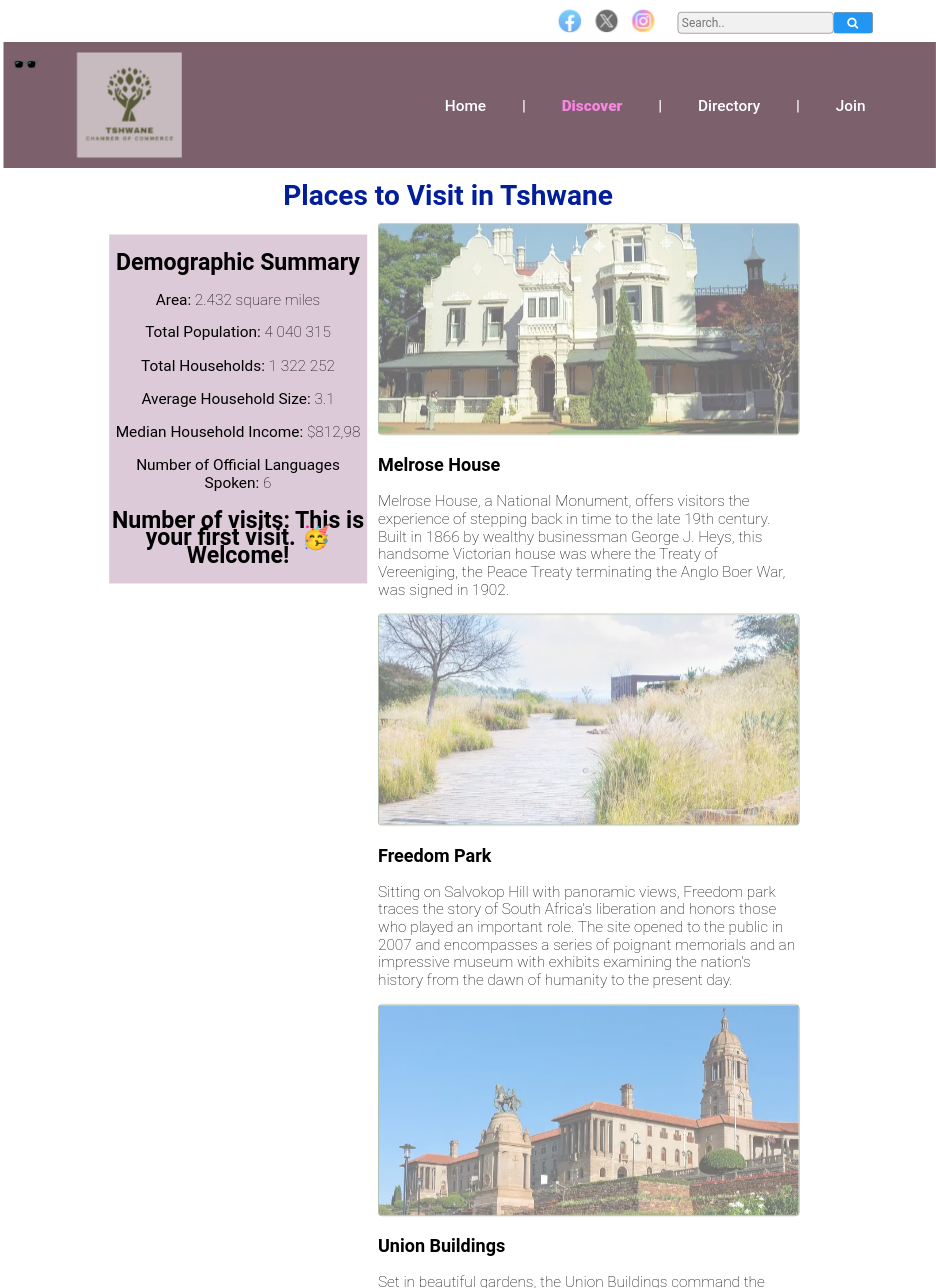
Repository: mszakutumela/wdd230
Page: chamber/discover.html
The author's editor kept a copy of each file at every save. The page is drawn from the files as they stood at one save, then again after a run of saves.
The browser window is 1280 px wide. The page is 1337 px wide, so the pictures cover 1337 px, including what lies to the right of the window. The pictures show the part of the page from y = 0 to 1840 px (the page is 4175 px tall), at 70% of full size.
Some web fonts or font styles are not loaded; a fallback is used.

Above is the page before, as saved 2024-02-23 01:29:27.

### chamber/discover.html
<!DOCTYPE html>
<html lang="en">

<head>
    <meta charset="UTF-8">
    <meta http-equiv="X-UA-Compatible" content="IE=edge">
    <meta name="viewport" content="width=device-width, initial-scale=1.0">
    <title>Tshwane Chamber of Commerce Website - Discover Page</title>
    <meta name="description" content="Chamber of Commerce Website, Discover Page. WDD230 Project">
    <meta name="author" content="Ayanda Ndlovu">
    <meta property="og:title" content="Ayanda Ndlovu - Tshwane Chamber of Commerce">
    <meta property="og:type" content="website">
    <meta property="og:image" content="https://upload.wikimedia.org/wikipedia/commons/6/6b/Uniegebou.jpg">
    <meta property="og:url" content="https://mszakutumela.github.io/wdd230/chamber">
    <link rel="preconnect" href="https://fonts.googleapis.com">
    <link rel="preconnect" href="https://fonts.gstatic.com" crossorigin>
    <link
        href="https://fonts.googleapis.com/css2?family=Roboto+Serif:ital,opsz,wght@0,8..144,300;0,8..144,400;0,8..144,500;0,8..144,700;1,8..144,300;1,8..144,400;1,8..144,500;1,8..144,700&display=swap"
        rel="stylesheet">
    <link rel="stylesheet" href="styles/normalize.css">
    <link rel="stylesheet" href="styles/base.css">
    <link rel="stylesheet" href="styles/larger.css">
    <link rel="stylesheet" href="https://cdnjs.cloudflare.com/ajax/libs/font-awesome/4.7.0/css/font-awesome.min.css">
    <link rel="icon" href="favicon.ico">
</head>

<body>
    <header>
        <div class="socialHeader">
            <a href="https://facebook.com" target="_blank">
                <img src="images/FB_icon.webp" alt="fb icon">
            </a>
            <a href="https://twitter.com" target="_blank">
                <img src="images/twitter_icon.webp" alt="twitter icon">
            </a>
            <a href="https://instagram.com" target="_blank">
                <img src="images/Instagram_icon.webp" alt="instagram icon">
            </a>
        </div>
        <div class="container-a">
            <form class="searchBar" action="/action_page.php">
                <input type="text" placeholder="Search.." name="search">
                <button type="submit">
                    <i class="fa fa-search"></i>
                </button>
            </form>
        </div>
        <div id="darkButton">
            🕶️
        </div>
    </header>

    <nav>
        <div id="titleHeader">
            <img id="logoHeader" src="images/Logo(1).webp" alt="Logo of Tshwane Chamber of Commerce Website">
        </div>
        <button id="menuButton"></button>
        <ul class="menuLinks">
            <li><a id="mLinks1" href="index.html" title="Home">Home</a></li>
            <li><a id="line1" title="verticalLine">|</a></li>
            <li class="current-menu-item"><a id="mLinks2" class="active" href="discover.html"
                    title="Discover">Discover</a></li>
            <li><a id="line2" title="verticalLine">|</a></li>
            <li><a id="mLinks3" href="directory.html" title="Directory">Directory</a></li>
            <li><a id="line3" title="verticalLine">|</a></li>
            <li><a id="mLinks4" href="join.html" title="Join">Join</a></li>
        </ul>
    </nav>

    <main>
        <div class="discover">
            <h1>Places to Visit in Tshwane</h1>

            <section class="demographics">
                <h2>Demographic Summary</h2>
                <p><strong>Area:</strong> 2.432 square miles</p>
                <p><strong>Total Population:</strong> 4 040 315</p>
                <p><strong>Total Households:</strong> 1 322 252</p>
                <p><strong>Average Household Size:</strong> 3.1</p>
                <p><strong>Median Household Income:</strong> $812,98</p>
                <p><strong>Number of Official Languages Spoken:</strong> 6</p>
                <h2>Number of visits: <span class="visits"></span></h2>
            </section>
            <hr>
            <section class="discoverIMG">
                <picture>
                    <img src="images/south-africa-pretoria-melrose-house.webp" alt="Melrose House in Tshwane"
                        loading="lazy" width="500" height="auto">
                </picture>
                <h3>Melrose House</h3>
                <p>
                    Melrose House, a National Monument, offers visitors the experience of stepping back in time to the
                    late 19th century.
                    Built in 1866 by wealthy businessman George J. Heys, this handsome Victorian house was where the
                    Treaty of Vereeniging,
                    the Peace Treaty terminating the Anglo Boer War, was signed in 1902.
                </p>
                <picture>
                    <img src="images/south-africa-pretoria-top-attractions-freedom-park.webp"
                        alt="Freedom Park in Tshwane" loading="lazy" width="500" height="auto">
                </picture>
                <h3>Freedom Park</h3>
                <p>
                    Sitting on Salvokop Hill with panoramic views, Freedom park traces the story of South Africa's
                    liberation and honors those who played an important role.
                    The site opened to the public in 2007 and encompasses a series of poignant memorials and an
                    impressive museum with exhibits examining the nation's history
                    from the dawn of humanity to the present day.
                </p>
                <picture>
                    <img src="images/south-africa-pretoria-union-buildings.webp" alt="Union Buildings in Tshwane"
                        loading="lazy" width="500" height="auto">
                </picture>
                <h3>Union Buildings</h3>
                <p>
                    Set in beautiful gardens, the Union Buildings command the highest point of the city on Meintjieskop
                    Hill near historic Church Square, site
                    of the city's first settlement. Designed by Sir Herbert Baker in 1913, this impressive range of
                    sandstone buildings mixes Italian Renaissance,
                    English Renaissance, and Cape Dutch styles. It's the seat of government and also houses the offices
                    of the president and the state archives.
                </p>
                <picture>
                    <img src="images/south-africa-pretoria-voortrekker-monument.webp"
                        alt="Voortrekker Monument in Tshwane" loading="lazy" width="500" height="auto">
                </picture>
                <h3>Voortrekker Monument</h3>
                <p>
                    High on a hilltop south of the city center, the Voortrekker Monument is a South African National
                    Heritage site and one of the country's most visited
                    historic monuments. It was built in 1949 to commemorate the Voortrekkers, the Boers who pushed
                    northward into unknown territory in the mid 19th-century.
                    This 40-meter-high square granite structure is a prominent landmark in the city with steps leading
                    up to the Hall of Heroes, where 27 marble reliefs depict
                    the Great Trek of 1838. Surrounding the monument is a wall depicting ox-wagons representing the trek
                    wagons. On 16 December each year, a shaft of sunlight
                    shines through an opening in the dome and illuminates a cenotaph below, which reads. "Ons vir jou,
                    Suid-Afrika" ("We are for you, South Africa").
                </p>
                <picture>
                    <img src="images/south-africa-pretoria-zoo.webp" alt="Zoo in Tshwane" loading="lazy" width="500"
                        height="auto">
                </picture>
                <h3>Tshwane Zoo</h3>
                <p>
                    Spanning 85 hectares, the National Zoological Gardens of South Africa provides a full day of animal
                    fun for the family. This large zoo encompasses a
                    walk-through aviary, a reptile house with a collection of animals from all over the world, as well
                    as the country's only inland aquarium where visitors
                    can see many species of fish including ragged tooth sharks. Among the large mammal collection,
                    highlights include the lion and tiger exhibit, hippos,
                    and elephants. To tour the zoo, visitors can rent golf carts by the hour, ride the cableway for a
                    bird's-eye view, or stroll along the paths for a close-up
                    look at the animals; wear comfortable shoes as the grounds are expansive. Night visits and overnight
                    camping adventures are also available.
                </p>
                <picture>
                    <img src="images/ditsong-museum-south-africa-pretoria.webp" alt="Ditsong Museum in Tshwane"
                        loading="lazy" width="500" height="auto">
                </picture>
                <h3>Ditsong Museum</h3>
                <p>
                    Ditsong Museums of South Africa is a group of eight national museums with significant cultural
                    collections. The Ditsong National Museum of Natural History,
                    formerly known as the Transvaal Museum, has an extraordinary collection of mammals, amphibians,
                    fossils, geological specimens, and archaeological material.
                </p>
            </section>

        </div>
    </main>

    <footer>
        <div class="socialFooter">
            <a href="https://facebook.com" target="_blank">
                <img src="images/FB_icon.webp" alt="fb icon">
            </a>
            <a href="https://twitter.com" target="_blank">
                <img src="images/twitter_icon.webp" alt="twitter icon">
            </a>
            <a href="https://instagram.com" target="_blank">
                <img src="images/Instagram_icon.webp" alt="instagram icon">
            </a>
        </div>
        <div class="footer-info">
            <p>
                &copy; <span id="year"></span> | Tshwane Chamber of Commerce | WDD230 Project | Ayanda Ndlovu |
                Centurion
                - South Africa
            </p>
            <p>Last modified: <span id="lastModified"></span></p>
        </div>
        <div id="titleFooter">
            <a href="index.html">
                <img id="logoFooter" src="images/Logo(1).webp" alt="Logo of Tshwane Chamber of Commerce Website">
            </a>
        </div>
    </footer>
    <script src="scripts/scripts.js"></script>
</body>

</html>

### chamber/styles/base.css
/* Home Page */

body {
    display: flex;
    flex-direction: column;
    min-height: 100vh;
    background-color: white;
    font-family: 'Roboto', sans-serif;
    font-weight: 200;
    font-size: 22px;
    line-height: 1.15em;
    margin: 0;
    padding: 5px;
}

h1,
h2,
h3,
h4,
h5,
h6 {
    font-family: 'Roboto', sans-serif;
}

#titleHeader {
    display: flex;
    flex-direction: row;
    justify-content: center;
    align-items: center;
    padding: 5px;
    gap: 20px;
}

header {
    display: flex;
    flex-wrap: wrap;
    justify-content: right;
    margin-right: 25px;
    padding: .2rem;
    gap: 1rem;
    align-items: center;
}

/* Dark button */

#darkButton {
    position: absolute;
    left: 1rem;
    font-size: 2rem;
    cursor: pointer;
    top: 5rem;
}

/* Social Media Links */

.socialHeader {
    padding: 5px;
    display: flex;
    align-items: center;
    justify-content: right;
    gap: 0.5rem;
    width: 150px;
}

/* Search Bar */

.container-a {
    display: flex;
    justify-content: flex-end;
}

/* div.container-a > div {
    box-sizing: border-box;
    margin-right: 3%;
} */

form.searchBar input[type=text] {
    box-sizing: border-box;
    padding: 5px;
    font-size: 17px;
    border: 1px solid grey;
    float: left;
    width: 80%;
    background: #f1f1f1;
}

form.searchBar button {
    float: left;
    justify-content: space-around;
    width: 20%;
    border-radius: 4px;
    padding: 5px;
    background-color: #2196F3;
    color: white;
    font-size: 17px;
    border: 1px solid grey;
    border-left: none;
    cursor: pointer;
}

form.searchBar button:hover {
    background: #0b7dda;
}

/* form.searchBar::after {
    content: " ";
    clear: both;
    display: table;
} */

/* Logo and navigation bar */

img#logoHeader {
    max-width: 200px;
    justify-self: center;
    align-self: center;
}

nav {
    background-color: #7C616C;
    width: 100%;
    height: 80px;
    padding: 50px 50px;
    margin: auto;
    display: flex;
    flex-direction: row;
    justify-content: center;
    align-items: center;
    color: white;
}

nav #line1,
#line2,
#line3 {
    display: none;
}

#menuButton {
    position: absolute;
    top: 5rem;
    right: 2vw;
    background: none;
    border: none;
    color: #E5E9EC;
    cursor: pointer;
    font-size: 2rem;
    width: 44px;
    text-align: right;
    padding: .25rem 2vw;
}

#menuButton::before {
    font-size: 2rem;
    content: "\2630";
}

#menuButton.open::before {
    font-size: 1.5rem;
    content: "❎";
}

.menuLinks {
    color: black;
    display: flex;
    flex-direction: column;
    list-style: none;
    margin: 0;
    padding: 0;
    justify-content: space-around;
}

ul.menuLinks li a {
    display: block;
    justify-content: center;
    color: black;
    padding: .75rem 2vw;
    text-decoration: none;
    font-weight: 500;
}

.menuLinks li #mLinks1:hover {
    text-decoration: underline;
    color: #E5E9EC;
    font-weight: 900;
    display: flex;
}

.menuLinks li #mLinks2:hover {
    text-decoration: underline;
    color: #E5E9EC;
    font-weight: 900;
    display: flex;
}

.menuLinks li #mLinks3:hover {
    text-decoration: underline;
    color: #E5E9EC;
    font-weight: 900;
    display: flex;
}

.menuLinks li #mLinks4:hover {
    text-decoration: underline;
    color: #E5E9EC;
    font-weight: 900;
    display: flex;
}

ul.menuLinks {
    display: none;
    list-style-type: none;
}

.open li {
    display: block;
    text-align: center;
    width: 100%;
}

ul.menuLinks.open {
    display: flex;
    flex-direction: column;
    align-items: center;
}

.menuLinks .active {
    /* color: #3C1518; */
    color: #f785e2;
    font-weight: 900;
}

nav a.menu-item {
    display: none;
}

/* Discover Page */

div.discover {
    background-color: rgba(181, 157, 69, 0.7);
    display: flex;
    flex-direction: column;
}

div.discover h1 {
    text-align: center;
    color: rgb(2, 30, 155);
    font-size: 2rem;
}

div.discover hr {
    height: 2px;
    background-color: #224b0c;
    margin: 0;
}

section.demographics {
    text-align: center;
    margin: 1rem;
}

section.discoverIMG img {
    width: 100%;
    height: auto;
    border-radius: 5px;
    border: solid 1px #224b0c;
}

/* main {
    display: block;
    display: flex;
    flex-direction: column;
} */

img {
    width: 100%;
    background: black;
    animation: fade 15s;
}

@keyframes fade {
    0% {
        opacity: 0;
    }

    100% {
        opacity: 1;
    }
}

/* Join Page */

:root {
    --formBorder: #D1B1CB;
    --formText: black;
    --formButton: #D1B1CB;
    --levelsBackground: #E5E9EC;
    /* --border: hsla(0, 0%, 20%, .8);
    --borderlight: hsla(0, 0%, 33%, .3);
    --shadow: hsl(0, 0%, 50%);
    --zebra: hsl(0, 0%, 93%, 1); */
}

div.join {
    display: flex;
    flex-direction: column;
    align-items: center;
    justify-content: center;
    /* grid-template-columns: repeat(2, 1fr);
    grid-template-columns: repeat(3,1fr); */
    gap: 30px;
    padding-bottom: 50px;
}

div.join h1 {
    text-align: center;
    justify-content: center;
    /* margin-left: 55px; */
    color: var(--formText);
    position: relative;
    /* display: inline-block; */
}

main .join p {
    margin-top: 0;
    font-size: 17px;
}

/* section.form {
    display: flex;
} */

form fieldset {
    margin: 2rem 0;
    border: 2px solid var(--formBorder);
    border-radius: 10px;
    padding: 20px;
    margin-top: 50px;
    width: 400px;
    height: auto;
}

/* form label {
    display: block;
    margin-bottom: 1rem;
} */

form textarea {
    width: 20rem;
    height: 5rem;
}

/* form fieldset {
    margin-bottom: 1rem;
} */

form fieldset label {
    margin: 0.5rem 0;
}

form fieldset legend {
    margin: 0 1rem;
    padding: 0 0.5rem;
    font-size: 22px;
    font-weight: 700;
}

form input[type="text"],
form input[type="email"],
form input[type="tel"] {
    display: block;
    width: 20rem;
    padding: .5rem;
    border-radius: 5px;
}

form input[type="submit"] {
    width: 15rem;
    border: solid var(--formButton) 1px;
    padding: 1rem;
    background-color: var(--formButton);
    border-radius: 10px;
    cursor: pointer;
    color: var(--formText);
    font-weight: 500;
    margin-left: 100px;
}

section.levelsInfo {
    display: flex;
    flex-direction: column;
    text-align: center;
    margin: 0;
    background-color: var(--levelsBackground);
    padding: 10px;
    border-radius: 10px;
    padding: 15px;
    height: 570px;
    margin-top: 65px;
}

section.levelsInfo h3 {
    margin-bottom: 0;
    font-size: 20px;
}

section.levelsInfo h2 {
    font-size: 30px;
}

section.levelsInfo p {
    margin: 0 0.5rem;
    text-align: left;
}

form label.top {
    font-size: 16px;
}

form div.mlHeading {
    font-size: 16px;
    text-decoration: underline;
}

form label.bottom {
    font-size: 16px;
}

form label.top input:required {
    border-left: red solid 6px;
}

form label.top input:required:valid {
    border-left: green solid 6px;
}

form label.sbs {
    display: block;
    padding: 0.48rem;
    font-size: 16px;
}

form label.sbs input {
    margin: 5px;
}

main .thanksTitle {
    text-align: center;
    color: var(--formText);
    position: relative;
    display: inline-block;
}

main #thanksMsg {
    text-align: center;
}

/*----- Clearfix: Force an Element not to collapse -----*/
/* .clearfix:after {
    content: "";
    display: table;
    clear: both;
} */

/* Directory Page */

h1.headingD {
    text-align: center;
    color: black;
}

div.bMenu {
    text-align: center;
}

div.bMenu button {
    margin: 0 0.5rem;
    padding: 0.5rem 1rem;
    border-radius: 5px;
    border: solid 1px #DDCAD9;
}

div#members a {
    color: navy;
}

div#members img {
    max-width: 100%;
    height: auto;
}

div.grid {
    max-width: 1000px;
    display: grid;
    grid-template-columns: repeat(auto-fit, minmax(320px, 1fr));
    gap: 0.5rem;
    margin: 1rem auto;
}

div.grid section {
    text-align: center;
    margin: 0.5rem;
    border: solid 2px #DDCAD9;
    border-radius: 5px;
    padding: 0.5rem;
}

img {
    width: 75%;
    height: auto;
}

div.grid img {
    max-width: 100%;
    margin: 1rem;
}

div.grid h3 {
    margin: 0.2rem 0;
}

div.grid p {
    margin: 0.2rem 0;
    font-size: 1rem;
}

div.list {
    /* display: flex;
   flex-direction: column;
   width: auto;
   height: auto; */
    max-width: 1000px;
    margin: 1rem auto;
}

div.list section {
    display: grid;
    grid-template-columns: 1fr;
    text-align: center;
    margin: 0.5rem;
    padding: 0.5rem;
    border: solid 2px #DDCAD9;
    border-radius: 5px;
    overflow: hidden;
    align-items: center;
    justify-content: center;
}

/* div.list section > * {
    margin: 0.1rem;
} */

div.list img {
    display: none;
}

div.list section h3 {
    margin: 0.2rem 0;
    font-size: 1rem;
    /* font-size: 1rem;
    margin: 10px; */
}

div.list section p {
    margin: 0.2rem 0;
    font-size: 0.8rem;
    gap: 1rem;
    /* font-weight: 300;
    font-size: smaller;
    margin: 10px; */
}

div.list section:nth-child(even) {
    background-color: rgb(241, 248, 246);
}


/* Footer */

footer {
    background-color: #7C616C;
    width: 100%;
    height: 100px;
    padding: 25px 25px;
    margin: auto;
    display: flex;
    flex-direction: row;
    justify-content: space-around;
    align-items: center;
    color: white;
}

.socialFooter {
    padding: 5px;
    display: flex;
    justify-content: left;
    gap: 0.5rem;
    width: 150px;
}

footer p {
    font-size: .8rem;
    margin: 5px;
    text-align: center;
}

.footer-info {
    display: flex;
    flex-direction: column;
    align-items: center;
    gap: 0.2rem;
}

#titleFooter {
    display: flex;
    flex-direction: row;
    justify-content: right;
    padding: 5px;
    gap: 20px;
}

#logoFooter {
    max-width: 160px;
    justify-self: center;
    align-self: center;
}

Loaded but not shown: chamber/styles/normalize.css (library); chamber/scripts/scripts.js (70 lines, source omitted); chamber/styles/larger.css (175 lines, source omitted)

After the next 3 saves:
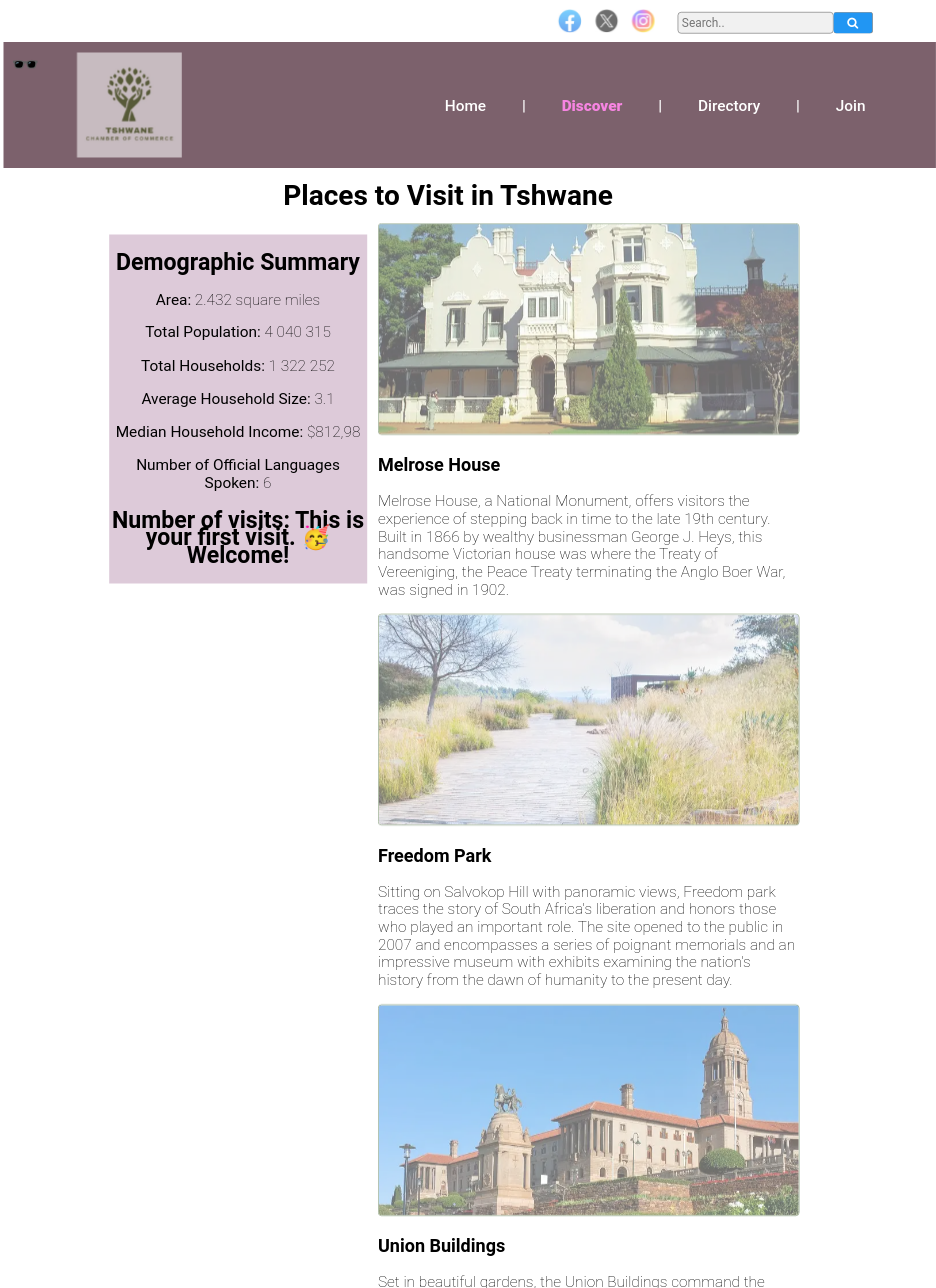
The 3 saves are shown as one change because they came seconds apart.
The last was saved 31 s later.
--- a/chamber/styles/base.css
+++ b/chamber/styles/base.css
@@ -243,7 +243,7 @@
 
 div.discover h1 {
     text-align: center;
-    color: rgb(2, 30, 155);
+    color: black;
     font-size: 2rem;
 }
 
